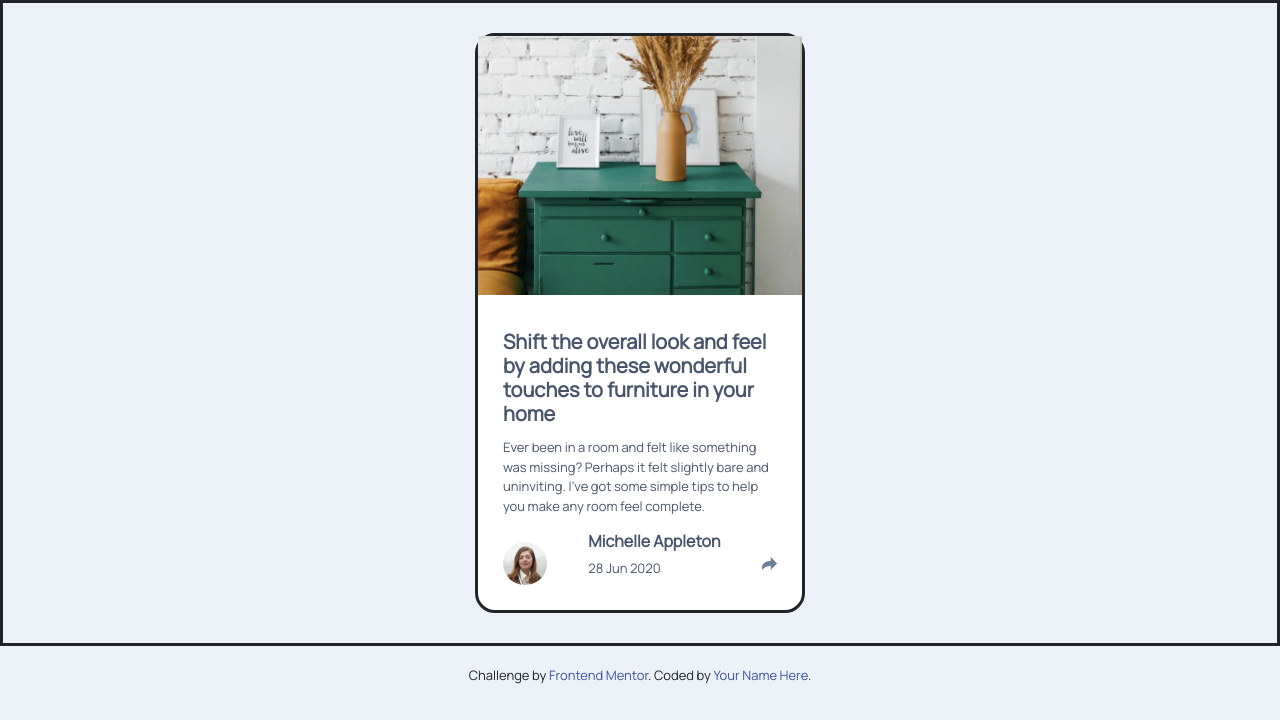
Repository: timiodulate/Article-Preview-Component
Page: index.html
The author's editor kept a copy of each file at every save. The page is drawn from the files as they stood at one save, then again after the next save.
The browser window is 1280 px wide. The pictures show the whole page.

Above is the page before, as saved 2020-07-11 12:27:45.

### index.html
<!DOCTYPE html>
<html lang="en">
<head>
  <meta charset="UTF-8">
  <meta name="viewport" content="width=device-width, initial-scale=1.0"> <!-- displays site properly based on user's device -->

  <link rel="icon" type="image/png" sizes="32x32" href="./images/favicon-32x32.png">

  <!-- Bootstrap -->
  <link rel="stylesheet" href="./css/bootstrap.min.css">

  <!-- Custom Style -->
  <link rel="stylesheet" href="./css/style.css">

  <title>Frontend Mentor | Article preview component</title>
</head>
<body>

  <div class="container-fluid d-flex flex-column justify-content-center align-items-center main" style="border: solid;">

    <div class="card">

      <img src="./images/drawers.jpg" alt="" class="card-img-top img-fluid" >

      <div class="card-body">
        <h5 class="card-title">
          Shift the overall look and feel by adding these wonderful
          touches to furniture in your home
        </h5>
        <p class="card-text">
          Ever been in a room and felt like something was missing? Perhaps
          it felt slightly bare and uninviting. I’ve got some simple tips
          to help you make any room feel complete.
        </p>

        <div class="userDetails d-flex justify-content-between align-items-center">
          <img src="./images/avatar-michelle.jpg" alt="" class="rounded-circle img-fluid avatarImage">

          <div class="nameDate" style="" >
            <h6>
              Michelle Appleton
            </h6>
            <p>
              28 Jun 2020
            </p>
          </div>

          <img src="./images/icon-share.svg" alt="">
        </div>
      </div>
    </div>
  </div>
  <div class="attribution">
    Challenge by <a href="https://www.frontendmentor.io?ref=challenge" target="_blank">Frontend Mentor</a>.
    Coded by <a href="#">Your Name Here</a>.
  </div>
</body>

  <script src="https://code.jquery.com/jquery-3.5.1.slim.min.js" integrity="sha384-DfXdz2htPH0lsSSs5nCTpuj/zy4C+OGpamoFVy38MVBnE+IbbVYUew+OrCXaRkfj" crossorigin="anonymous"></script>
  <script src="./js/bootstrap.min.js"></script>
</body>
</html>

### css/style.css
@import url('http://fonts.googleapis.com/css?family=Manrope');

/* Global Resets */
* {
    padding: 0;
    margin: 0;
    box-sizing: border-box;
}

html {
    /* font-family */
    --body: Manrope;

    /* font-weight */
    --normal: 500;
    --bold: 700;

    /* color */
    --background: hsl(210, 46%, 95%);
    --header: hsl(217, 19%, 35%);

    --text: hsl(212, 23%, 69%);
    --last-section: hsl(214, 17%, 51%);
}

body {
    width: 100vw;
    height: 100vh;

    display: flex;
    flex-direction: column;
    /* justify-content: space-between; */

    font-family: var(--body);
    font-size: 13px;
    /* background-image: url(../images/bg-intro-desktop.png); */
    background-color: var(--background);
    /* background-blend-mode: screen; */
}

h5, h6 {
    color: var(--header);
    font-weight: var(--bold);
}
p {
    color: var(--header);
}


.main {
    padding: 30px;
}
.card {
    border-radius: 20px;
    width: 330px;
    border: solid;
}
.card-body {
    padding: 35px 25px 15px;
}
.avatarImage {
    width: 16%;
}


/* footer */
footer .footer-container {
    display: grid;
    grid-template-columns: repeat(4, 1fr);
    margin-bottom: 30px;
}
.attribution {
    font-size: 13px;
    text-align: center;
    /* color: var(--text); */
    padding: 20px;
}
.attribution a {
    color: hsl(228, 45%, 44%);
    text-decoration: none;
}



/* Media Queries - Responsiveness */
/* LG - Large Screen */
/* @media only screen and (max-width: 992px) {

} */

/* MD - Medium Screen */
/* @media only screen and (max-width: 765px) {
    body {
        justify-content: initial;
	height: fit-content;
    }

    footer .footer-container {
        grid-template-columns: 1fr;
        margin-bottom: 20px;
        row-gap: 15px;
    }

    .attribution {
        font-size: .6rem;
        padding: 20px 10px;
        color: white;
    }
} */

/* SM - Small Screen */
/* @media only screen and (max-width: 576px){

} */


/* @timiodulate css template */

Loaded but not shown: css/bootstrap.min.css (library); js/bootstrap.min.js (library)

After the next save:
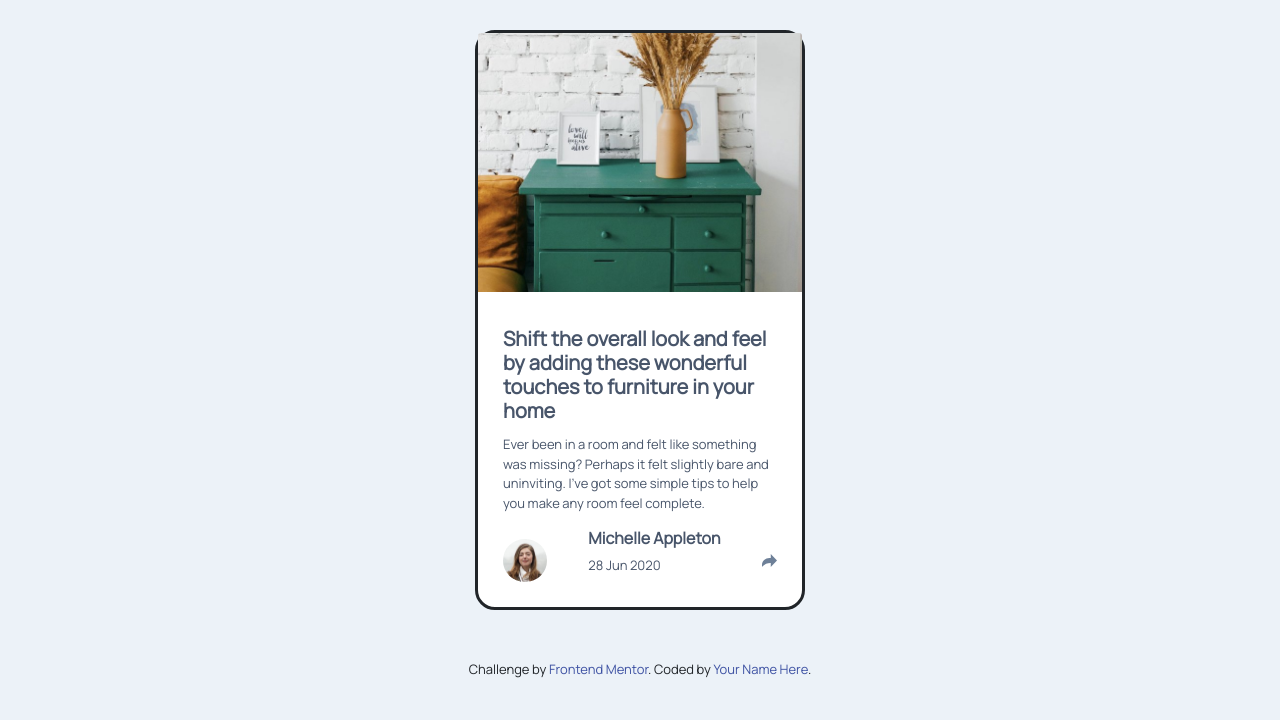
Saved 20 s later.
--- a/index.html
+++ b/index.html
@@ -16,7 +16,7 @@
 </head>
 <body>
 
-  <div class="container-fluid d-flex flex-column justify-content-center align-items-center main" style="border: solid;">
+  <div class="container-fluid d-flex flex-column justify-content-center align-items-center main">
 
     <div class="card">
 
